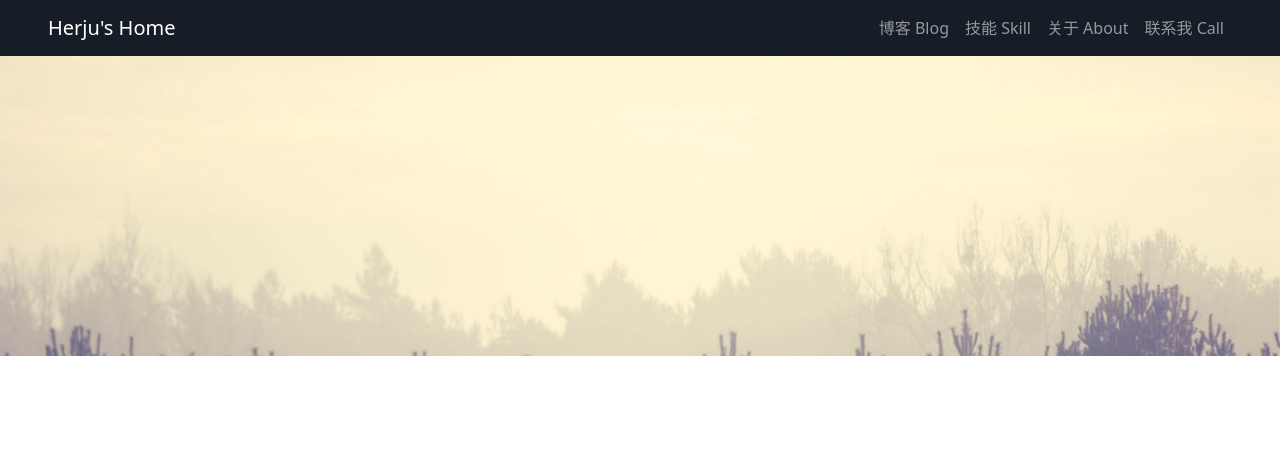
Repository: herjuandlonely/github.io
Page: index-blog.html
An editor plug-in stored every save of this project. The page is shown before and after the next save, followed by the edit.
The browser window is 1280 px wide. The pictures show the whole page.

Above is the page before, as saved 2022-06-29 17:56:29.

After the next save:
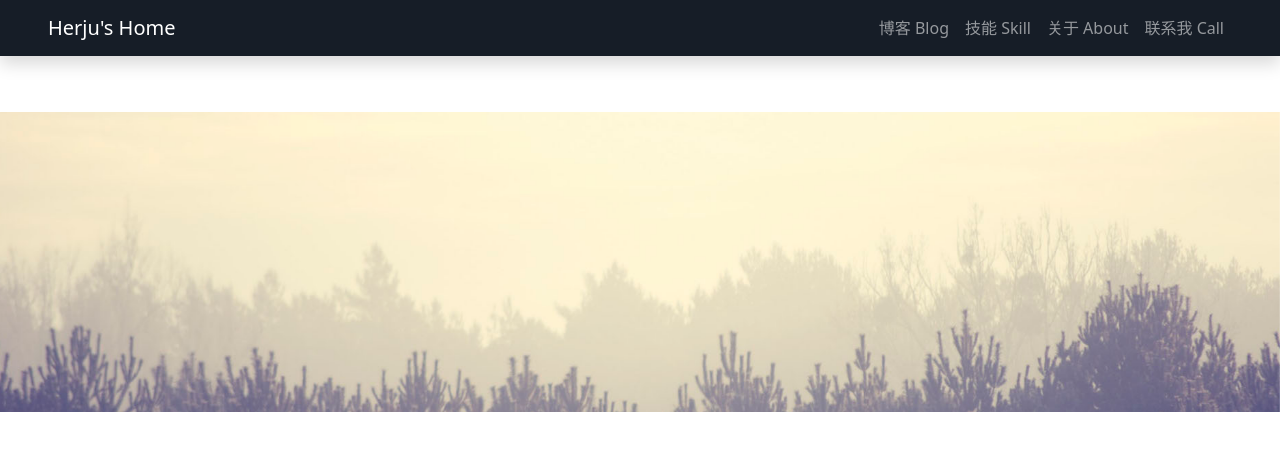
Saved 54 s later.
--- a/CSS/index-blog.css
+++ b/CSS/index-blog.css
@@ -9,5 +9,6 @@
     height: 300px;
     background-attachment: fixed;
     background-size: cover;
-
+    position: relative;
+    top: 56px;
 }

After the save that followed:
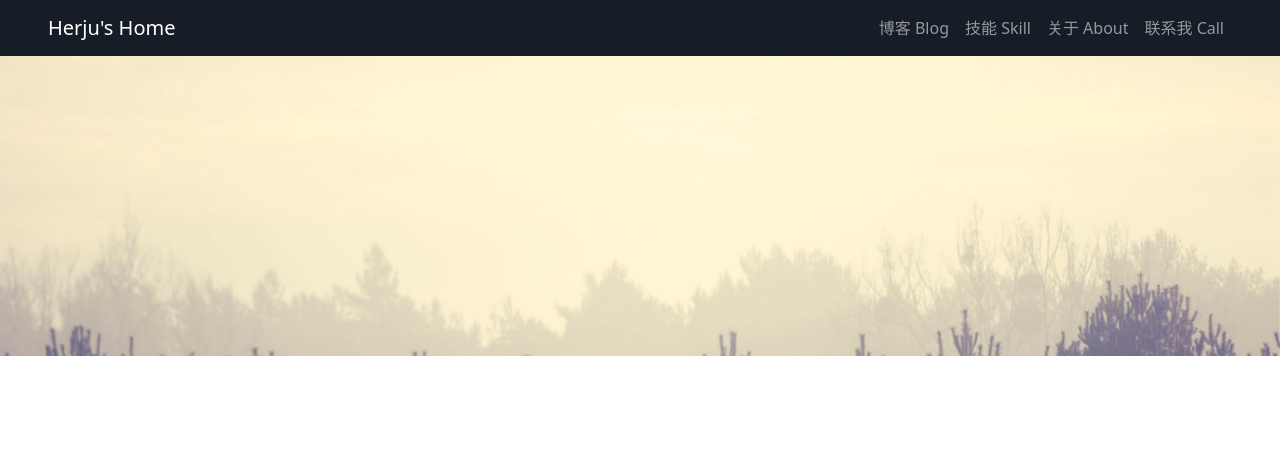
Saved 5 s later.
--- a/CSS/index-blog.css
+++ b/CSS/index-blog.css
@@ -10,5 +10,5 @@
     background-attachment: fixed;
     background-size: cover;
     position: relative;
-    top: 56px;
+    top: 0;
 }
